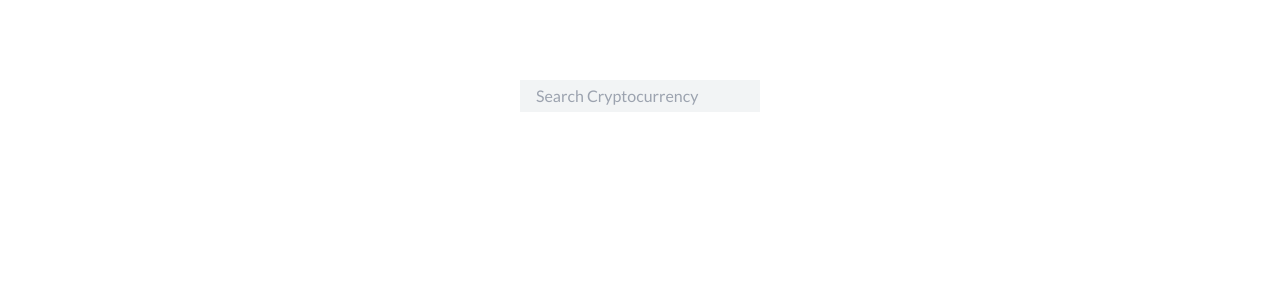
Repository: almaqdad55/crypto-app-nextjs
Page: /coins
These files come from the project's save history. The page is drawn as it stood at one moment and after the next save; the edit follows.
The browser window is 1280 px wide. The pictures show the whole page.
The project was rebuilt for these pictures with package versions that can differ from the ones it lists, and the page was loaded fresh each time. The framework's server and built-in components were replaced by stand-ins that run in the browser.

Above is the page before, as saved 2022-01-06 22:14:49.

### pages/_app.js
import '../styles/globals.css';
import { SessionProvider } from 'next-auth/react';
import { RecoilRoot } from 'recoil';

function MyApp({ Component, pageProps: { session, ...pageProps } }) {
  return (
    <SessionProvider session={session}>
      <RecoilRoot>
        <Component {...pageProps} />
      </RecoilRoot>
    </SessionProvider>
  );
}

export default MyApp;

### pages/coins.js
import Searchbar from '../components/Searchbar';
import { useState } from 'react';
import { useRecoilValue } from 'recoil';
import { coinsDataState } from '../atoms/coinAtom';
const coins = () => {
  //   coinsData.forEach((coin) => console.log(coin.sparkline_in_7d.price));

  const [search, setSearch] = useState('');

  const coinsData = useRecoilValue(coinsDataState);
  console.log('coins page', coinsData);

  return (
    <>
      <Searchbar />
      {/* <div className="container flex justify-center mx-auto mt-20">
        <div className="flex flex-col">
          <div className="w-full">
            <div className="border-b border-gray-200 shadow">
              <table className="divide-y divide-gray-300 ">
                <thead className="bg-gray-50">
                  <tr>
                    <th className="px-6 py-2 text-xs text-gray-500">#</th>
                    <th className="px-6 py-2 text-xs text-gray-500">Coin</th>
                    <th className="px-6 py-2 text-xs text-gray-500">Price</th>
                    <th className="px-6 py-2 text-xs text-gray-500">1h</th>
                    <th className="px-6 py-2 text-xs text-gray-500">24h</th>

                    <th className="px-6 py-2 text-xs text-gray-500">
                      24h Volume
                    </th>
                    <th className="px-6 py-2 text-xs text-gray-500">Mkt Cap</th>
                    <th className="px-6 py-2 text-xs text-gray-500">
                      Last 7 Days
                    </th>
                  </tr>
                </thead>
                <tbody className="bg-white divide-y divide-gray-300">
                  {coinsData.map(
                    ({
                      id,
                      name,
                      market_cap_rank,
                      current_price,
                      symbol,
                      price_change_percentage_1h_in_currency,
                      market_cap_change_percentage_24h,
                      total_volume,
                      market_cap,
                      image,
                    }) => (
                      <tr key={id} className="whitespace-nowrap">
                        <td className="px-6 py-4 text-sm text-gray-500">
                          {' '}
                          {market_cap_rank}
                        </td>
                        <td className="px-6 py-4 text-sm text-gray-900">
                          <div className="flex items-center space-x-2">
                            <img src={image} alt="" className="h-5" />
                            <p>{name}</p>
                          </div>
                        </td>
                        <td className="px-6 py-4">
                          <div className="text-sm text-gray-500">

                            {new Intl.NumberFormat('en-US', {
                              style: 'currency',
                              currency: 'aud',
                            }).format(current_price)}
                          </div>
                        </td>
                        <td className="px-6 py-4 text-sm text-gray-500">
                          % {price_change_percentage_1h_in_currency.toFixed(2)}
                        </td>
                        <td className="px-6 py-4 text-sm text-gray-500">
                          % {market_cap_change_percentage_24h.toFixed(2)}
                        </td>
                        <td className="px-6 py-4 text-sm text-gray-500">
                          {new Intl.NumberFormat('en-US', {
                            style: 'currency',
                            currency: 'aud',
                          }).format(total_volume)}
                        </td>
                        <td className="px-6 py-4 text-sm text-gray-500">
                          {new Intl.NumberFormat('en-US', {
                            style: 'currency',
                            currency: 'aud',
                          }).format(market_cap)}
                        </td>
                      </tr>
                    )
                  )}
                </tbody>
              </table>
            </div>
          </div>
        </div>
      </div> */}
    </>
  );
};

export default coins;

### styles/globals.css
@import url('https://fonts.googleapis.com/css2?family=Lato:wght@300;400;700&display=swap');

@tailwind base;
@tailwind components;
@tailwind utilities;

@layer base {
  body {
    @apply bg-white font-Lato;
  }
}

@layer components {
  .icon-group {
    @apply flex flex-col  items-center text-sm cursor-pointer text-[#9A9FAD] hover:text-[#544AC3] transition duration-200;
  }
}

### components/Searchbar.jsx
const Searchbar = () => {
  return (
    <div className="mt-20 mx-auto w-[240px] ">
      <input
        type="text"
        placeholder={`Search Cryptocurrency`}
        className=" bg-[#F2F4F5] px-4 py-1   w-full   "
      />
    </div>
  );
};

export default Searchbar;

### atoms/coinAtom.js
import { atom } from 'recoil';

export const coinsDataState = atom({
  key: 'coinsDataState',
  default: [],
});

export const coinIdState = atom({
  key: 'coinIdState',
  default: '',
});

### tailwind.config.js
module.exports = {
  content: [
    './pages/**/*.{js,ts,jsx,tsx}',
    './components/**/*.{js,ts,jsx,tsx}',
  ],
  theme: {
    extend: {
      fontFamily: {
        Lato: ['Lato', 'sans-serif'],
      },
    },
  },
  plugins: [],
};

After the next save:
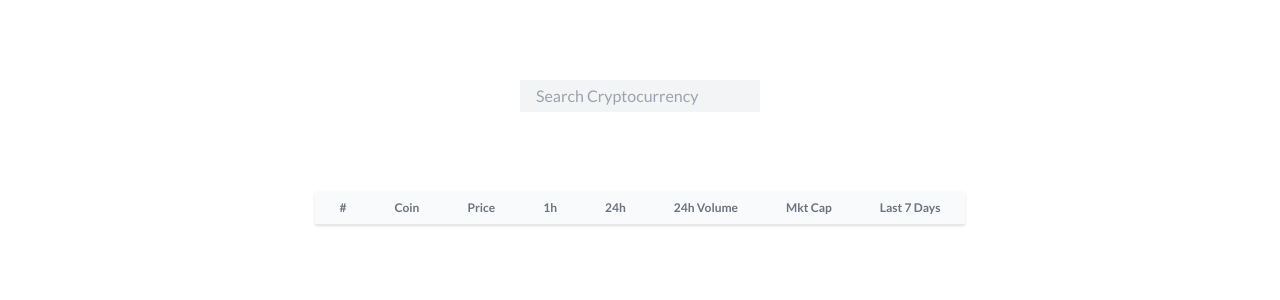
Saved 91 s later.
--- a/pages/coins.js
+++ b/pages/coins.js
@@ -13,7 +13,7 @@ const coins = () => {
   return (
     <>
       <Searchbar />
-      {/* <div className="container flex justify-center mx-auto mt-20">
+      <div className="container flex justify-center mx-auto mt-20">
         <div className="flex flex-col">
           <div className="w-full">
             <div className="border-b border-gray-200 shadow">
@@ -62,7 +62,6 @@ const coins = () => {
                         </td>
                         <td className="px-6 py-4">
                           <div className="text-sm text-gray-500">
-
                             {new Intl.NumberFormat('en-US', {
                               style: 'currency',
                               currency: 'aud',
@@ -95,7 +94,7 @@ const coins = () => {
             </div>
           </div>
         </div>
-      </div> */}
+      </div>
     </>
   );
 };
